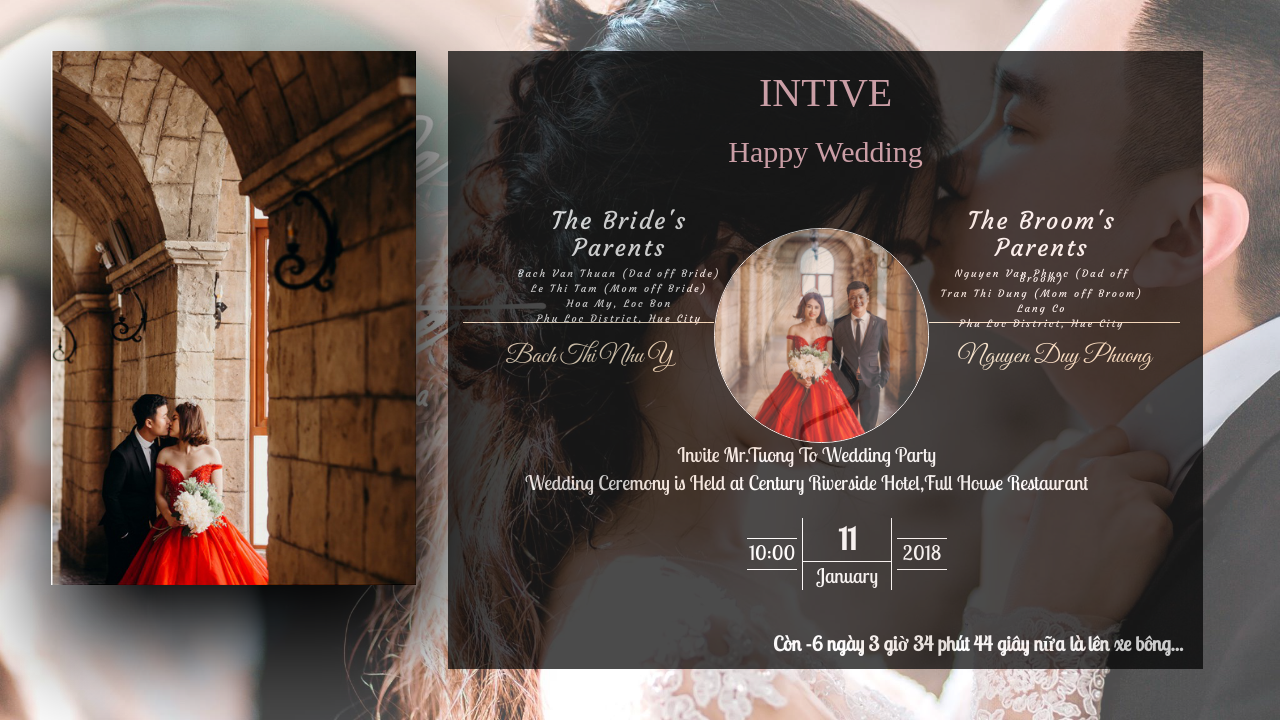
Repository: nguyenhuutuong999/WeddingOfSister
Page: wedding.html
These files come from the project's save history. The page is drawn as it stood at one moment and after the next save; the edit follows.
The browser window is 1280 px wide. The pictures show the whole page.
Some web fonts or font styles are not loaded; a fallback is used.

Above is the page before, as saved 2019-09-16 20:25:58.

After the next save:
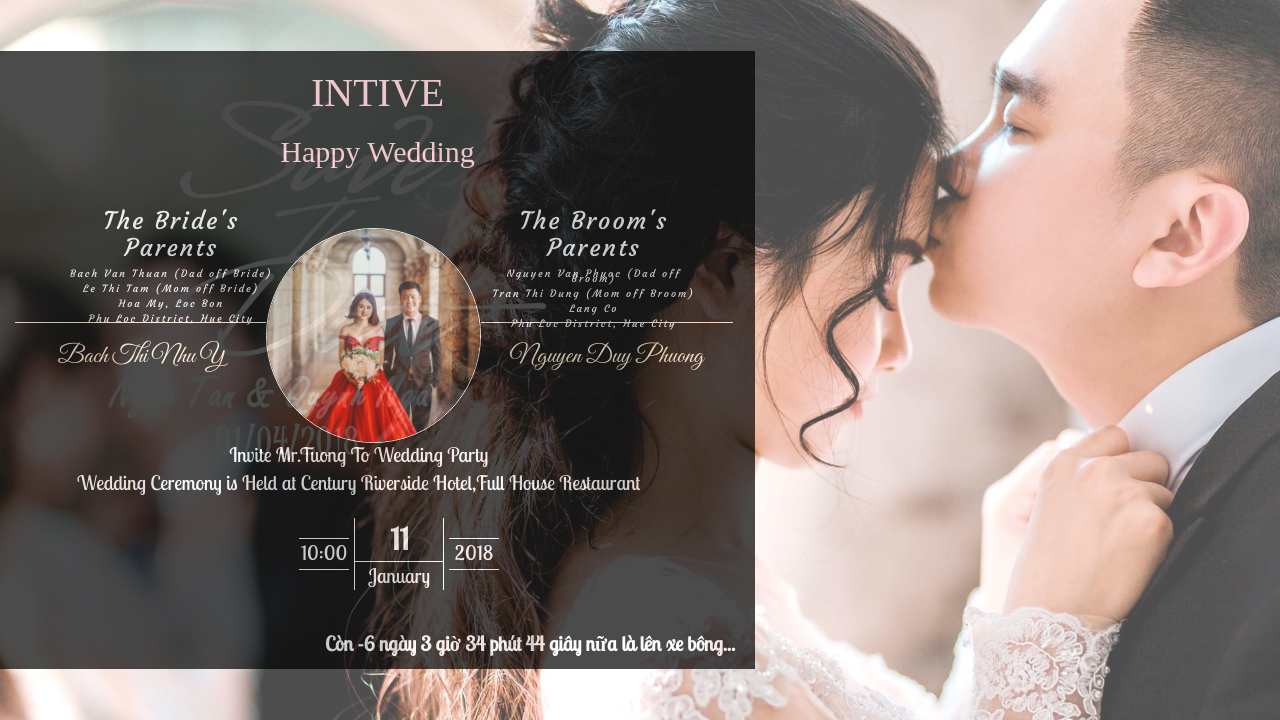
Console error: TypeError: Cannot set properties of undefined (setting 'src')
Saved 23 s later.
--- a/wedding.html
+++ b/wedding.html
@@ -29,10 +29,7 @@
     <div id="container">
         <div id="opacity-background"></div>
 
-        <div id="album">
 
-            <img name="image_vh" src="./images/vh1.jpg" class="wow slideInLeft" data-wow-duration="1s">
-        </div>
         <div id="content">
             <h1 id="invite">INTIVE</h1>
             <h2 id="happy">Happy Wedding</h2>

After the save that followed:
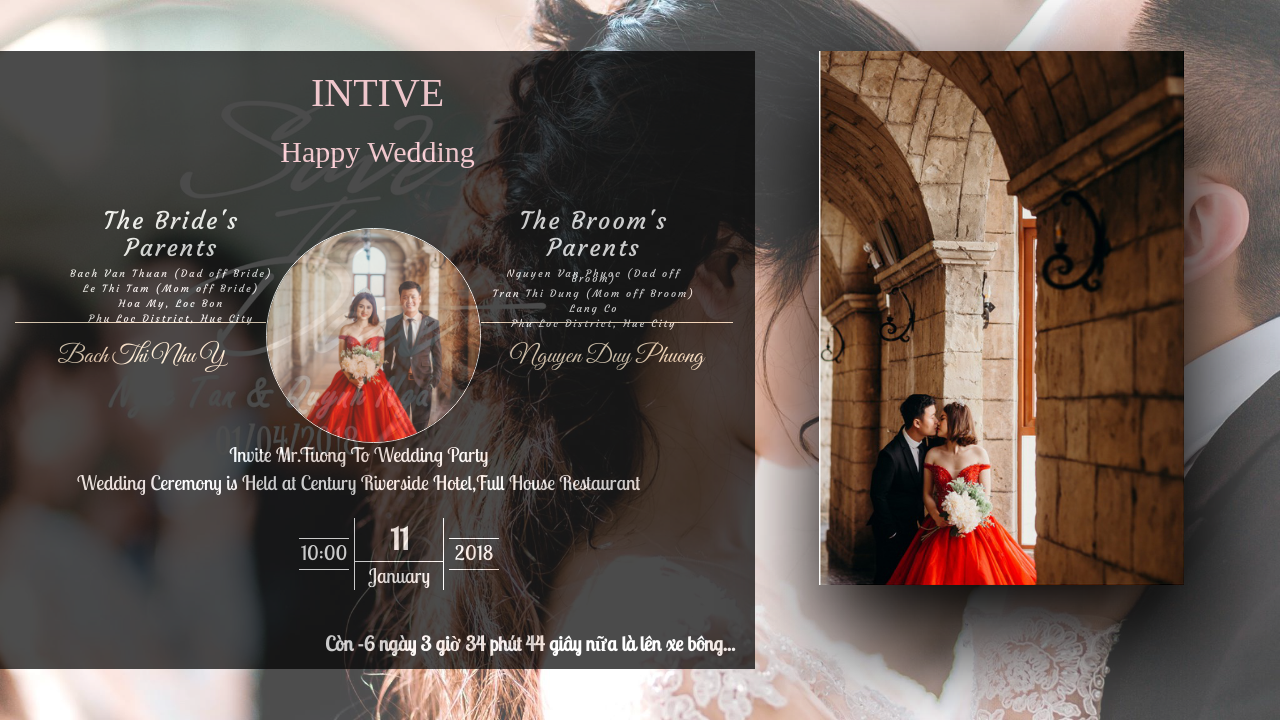
The error is gone.
Saved 6 s later.
--- a/wedding.html
+++ b/wedding.html
@@ -74,6 +74,10 @@
 
             </div>
             <p id="countDown"></p>
+        </div>
+        <div id="album">
+
+            <img name="image_vh" src="./images/vh1.jpg" class="wow slideInLeft" data-wow-duration="1s">
         </div>
 
 </body>
